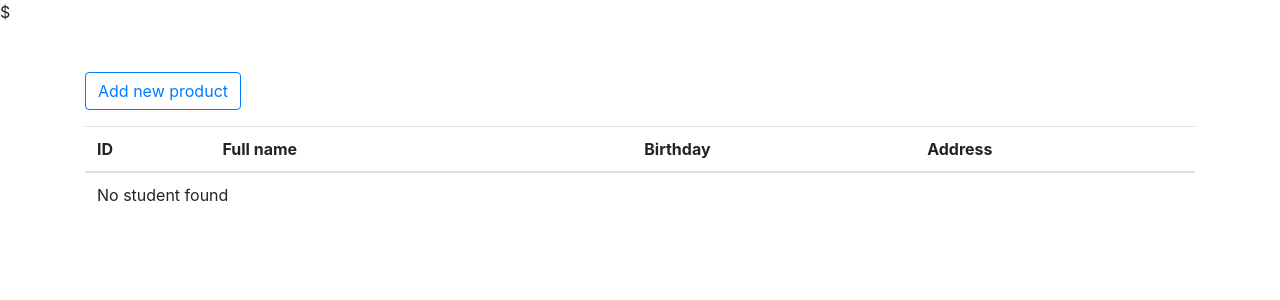
Repository: HungRau/TLU3675-php-laravel
Page: http://localhost/student-manage
These files come from the project's save history. The page is drawn as it stood at one moment and after the next save; the edit follows.
The browser window is 1280 px wide. The pictures show the whole page.
The page is served by the project's Laravel application, run on PHP 8.4 with Laravel 9. Other server files are loaded and not shown. Queries for data that is not in the repository find no rows.

Above is the page before, as saved 2022-10-14 21:07:54.

### routes/web.php
<?php

use Illuminate\Support\Facades\Route;

/*
|--------------------------------------------------------------------------
| Web Routes
|--------------------------------------------------------------------------
|
| Here is where you can register web routes for your application. These
| routes are loaded by the RouteServiceProvider within a group which
| contains the "web" middleware group. Now create something great!
|
*/

Route::get('/', function () {
    return view('welcome');
});
Route::get('/student-manage', 'App\Http\Controllers\StudentController@get_all_student');

Route::get('student-edit', function () {
    return view('student_edit');
});

### app/Http/Controllers/StudentController.php
<?php

namespace App\Http\Controllers;

use App\Models\Student; //add
use Illuminate\Http\Request;

class StudentController extends Controller
{
    public function get_all_student()
    {
        $students = Student::all(); //Nhan all du lieu tu DB
        return view('student_manage', ['students' => $students]);
    }
    public function get_student_by_id($id)
    {
        //do
        $students = Student::where('id', $id)->first();
        // $students = Student::find($id);
        return $students;
    }
    public function edit($id)
    {
        $students = Student::find($id);
        return view('student_edit', ['students' => $students]);
    }
    // /**
    //  * Show the form for creating a new resource.
    //  *
    //  * @return \Illuminate\Http\Response
    //  */
    // public function create()
    // {
    //     return view('student.add');
    // }

    // /**
    //  * Store a newly created resource in storage.
    //  *
    //  * @param  \Illuminate\Http\Request  $request
    //  * @return \Illuminate\Http\Response
    //  */
    // public function store(Request $request)
    // {
    //     $newPost = Student::create([
    //         'id' => $request->title,
    //         'fullname' => $request->fullname,
    //         'birthday' => $request->birthday,
    //         'address' => $request->address
    //     ]);

    //     return redirect('student/' . $newPost->id . '/edit');
    // }

    // /**
    //  * Display the specified resource.
    //  *
    //  * @param  \App\Models\Product  $product
    //  * @return \Illuminate\Http\Response
    //  */
    // public function show(Student $student)
    // {
    //     //
    // }

    // /**
    //  * Show the form for editing the specified resource.
    //  *
    //  * @param  \App\Models\Product  $product
    //  * @return \Illuminate\Http\Response
    //  */
    // public function edit(Student $student)
    // {
    //     return view('student.edit', [
    //         'student' => $student,
    //     ]);
    // }

    // /**
    //  * Update the specified resource in storage.
    //  *
    //  * @param  \Illuminate\Http\Request  $request
    //  * @param  \App\Models\Product  $product
    //  * @return \Illuminate\Http\Response
    //  */
    // public function update(Request $request, Student $student)
    // {
    //     $student->update([
    //         'id' => $request->title,
    //         'fullname' => $request->fullname,
    //         'birthday' => $request->birthday,
    //         'address' => $request->address
    //     ]);

    //     return redirect('student/' . $student->id . '/edit');
    // }

    // /**
    //  * Remove the specified resource from storage.
    //  *
    //  * @param  \App\Models\Product  $product
    //  * @return \Illuminate\Http\Response
    //  */
    // public function destroy(Student $student)
    // {
    //     $student->delete();
    //     return redirect('product/');
    // }
}

### app/Models/Student.php
<?php

namespace App\Models;

use Illuminate\Database\Eloquent\Factories\HasFactory;
use Illuminate\Database\Eloquent\Model;

class Student extends Model
{
    use HasFactory;
    protected $table = "students";
    protected $fillable = ['id', 'fullname', 'birthday', 'address'];
}

### resources/views/student_manage.blade.php
$<!doctype html>
<html lang="en">
  <head>
    <title>Title</title>
    <!-- Required meta tags -->
    <meta charset="utf-8">
    <meta name="viewport" content="width=device-width, initial-scale=1, shrink-to-fit=no">

    <!-- Bootstrap CSS -->
    <link rel="stylesheet" href="https://stackpath.bootstrapcdn.com/bootstrap/4.3.1/css/bootstrap.min.css" integrity="sha384-ggOyR0iXCbMQv3Xipma34MD+dH/1fQ784/j6cY/iJTQUOhcWr7x9JvoRxT2MZw1T" crossorigin="anonymous">
  </head>
  <body>
    <div class="container">
        <div class="row">
            <div class="col-12 text-center pt-5">
                <div class="text-left"><a href="product/create" class="btn btn-outline-primary">Add new
                    product</a></div>

                <table class="table mt-3  text-left">
                    <thead>
                        <tr>
                            <th scope="col">ID</th>
                            <th scope="col" class="pr-5">Full name</th>
                            <th scope="col">Birthday</th>
                            <th scope="col">Address</th>
                        </tr>
                    </thead>
                    <tbody>
                        @forelse($students as $student)
					<tr>
						<td>{!! $student->id !!}</td>
						<td class="pr-5">{!! $student->fullname !!}</td>
						<td>{!! $student->birthday !!}</td>
                        <td>{!! $student->address !!}</td>
						<td><a href="student/{!! $student->id !!}/edit"
							class="btn btn-outline-primary">Edit</a>
							<button type="button" class="btn btn-outline-danger ml-1"
								onClick='showModel({!! $student->id !!})'>Delete</button></td>
					</tr>
					@empty
					<tr>
						<td colspan="3">No student found</td>
					</tr>
					@endforelse
                    </tbody>
                </table>
            </div>
        </div>
    </div>
  </body>
</html>

Loaded but not shown: app/Http/Controllers/Controller.php (common file)

After the next save:
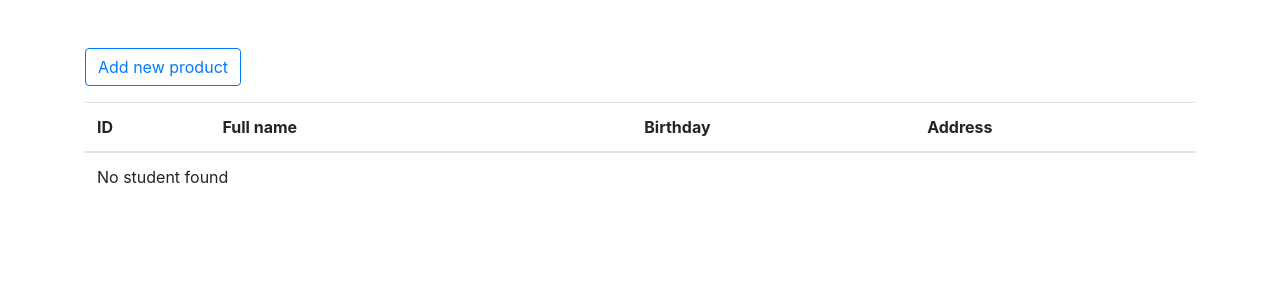
Saved 5 s later.
--- a/resources/views/student_manage.blade.php
+++ b/resources/views/student_manage.blade.php
@@ -1,4 +1,4 @@
-$<!doctype html>
+<!doctype html>
 <html lang="en">
   <head>
     <title>Title</title>
